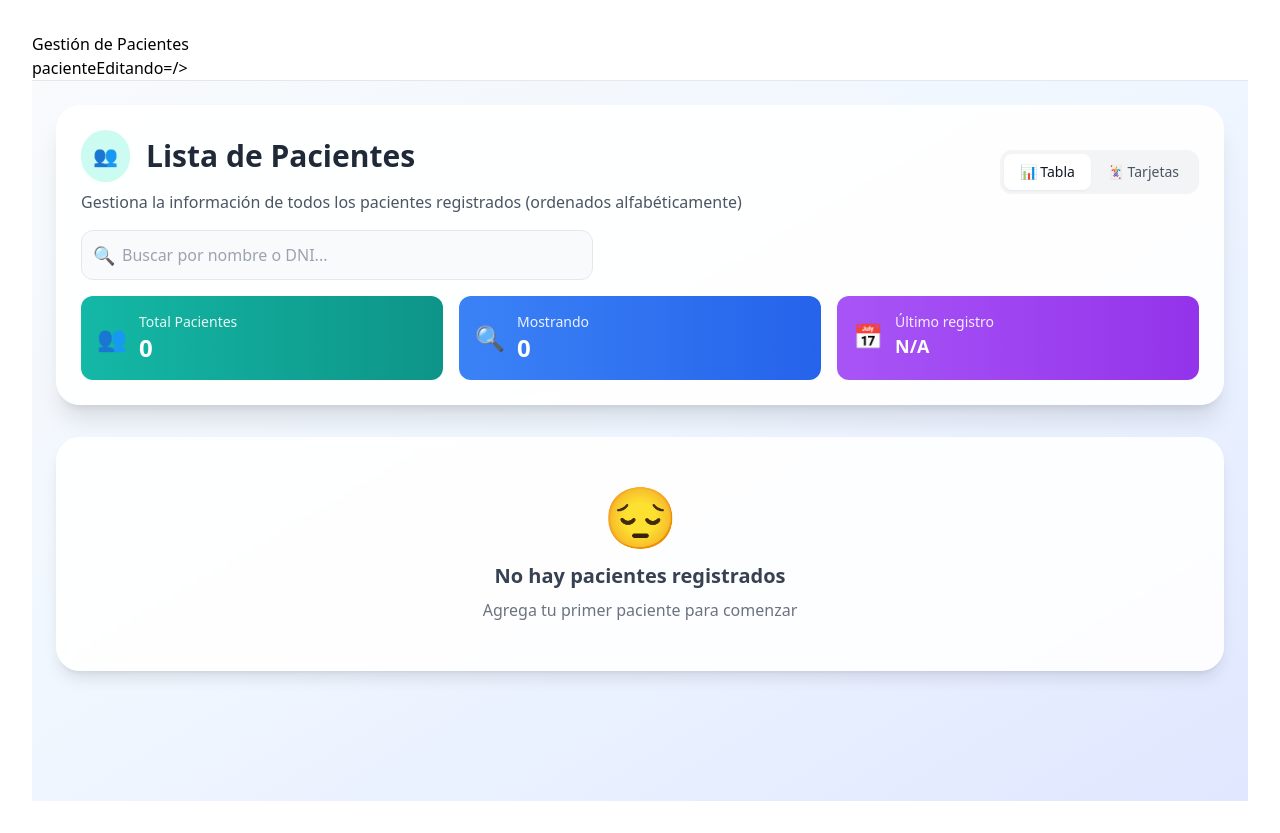
Repository: manucavallera/ConsultorioA
Page: /pacientes (app in frontend/)
An editor plug-in stored every save of this project. The page is shown before and after the next save, followed by the edit.
The browser window is 1280 px wide. The pictures show the whole page.
The page's requests for data from a server got no answer. The project was rebuilt for these pictures with package versions that can differ from the ones it lists, and the page was loaded fresh each time. No one was signed in, and anything a server would have sent is missing. Also part of the build but not shown: frontend/vite.config.js, frontend/src/Home.jsx, frontend/src/components/PacientForm.jsx, frontend/src/components/PatientHistoryForm.jsx, frontend/src/components/RegistroTratamiento.jsx, frontend/src/components/Citas.jsx, frontend/src/components/SolicitudAnalisis.jsx, frontend/src/components/SubirEstudiosAnalisis.jsx and 1 more.

Above is the page before, as saved 2025-08-07 09:15:39.

### frontend/src/App.jsx
import { BrowserRouter as Router, Routes, Route } from "react-router-dom";
import Home from "./Home";
import PacienteForm from "./components/PacientForm";
import PacienteList from "./components/PacientList";
import PatientHistoryForm from "./components/PatientHistoryForm";
import RegistroTratamiento from "./components/RegistroTratamiento";
import CitasDashboard from "./components/Citas";
// ❌ ELIMINAR: import PagosDashboard from "./components/PagosDashboard";
import { useState, useCallback } from "react"; // ← AGREGADO useCallback
import SolicitudesPaciente from "./components/SolicitudAnalisis";
import SubirEstudiosAnalisis from "./components/SubirEstudiosAnalisis";
import FotosAntesDepues from "./components/FotoAntesDespues";

function App() {
  const [pacientes, setPacientes] = useState([]);
  const [pacienteEditando, setPacienteEditando] = useState(null);

  // ✅ FIX: useCallback evita que la función se recree en cada render
  const handlePacienteSubmit = useCallback((paciente, accion) => {
    if (accion === "creado") {
      setPacientes((prev) => [...prev, paciente]);
    } else if (accion === "editado") {
      setPacientes((prev) =>
        prev.map((p) => (p._id === paciente._id ? paciente : p))
      );
      setPacienteEditando(null);
    }
  }, []); // ← Sin dependencias porque usa solo setPacientes

  // ✅ FIX: useCallback para el handler de edición también
  const handleEditPaciente = useCallback((paciente) => {
    setPacienteEditando(paciente);
  }, []);

  return (
    <Router>
      <Routes>
        <Route path='/' element={<Home />} />
        <Route
          path='/pacientes'
          element={
            <div style={{ padding: "2rem" }}>
              <h2>Gestión de Pacientes</h2>
              {handlePacienteSubmit}
              pacienteEditando={pacienteEditando}
              />
              <hr />
              <PacienteList
                pacientes={pacientes}
                setPacientes={setPacientes}
                onEditPaciente={handleEditPaciente} // ✅ FIX: Función estable
              />
            </div>
          }
        />
        <Route path='/historial/:pacienteId' element={<PatientHistoryForm />} />
        <Route
          path='/tratamientos/:pacienteId'
          element={<RegistroTratamiento />}
        />
        <Route
          path='/pacientes/:pacienteId/solicitudes'
          element={<SolicitudesPaciente />}
        />
        <Route
          path='/pacientes/:pacienteId/solicitudes/:solicitudId/estudios'
          element={<SubirEstudiosAnalisis />}
        />

        {/* 🎯 CITAS CON PAGOS INTEGRADOS */}
        <Route
          path='/pacientes/:pacienteId/citas'
          element={<CitasDashboard />}
        />

        {/* 🗑️ ELIMINAR TODAS ESTAS RUTAS DE PAGOS */}
        {/* <Route path='/pagos' element={<PagosDashboard />} /> */}
        {/* <Route path='/pacientes/:pacienteId/pagos' element={<PagosDashboard />} /> */}
        {/* <Route path='/citas/:citaId/pago' element={<PagosDashboard />} /> */}

        {/* RUTA PARA FOTOS ANTES/DESPUÉS */}
        <Route
          path='/pacientes/:pacienteId/fotos'
          element={<FotosAntesDepues />}
        />
      </Routes>
    </Router>
  );
}

export default App;

Loaded but not shown: frontend/index.html (common file); frontend/src/main.jsx (common file); frontend/src/index.css (common file); frontend/tailwind.config.js (common file); frontend/src/components/PacientList.jsx (691 lines, source omitted)

After the next save:
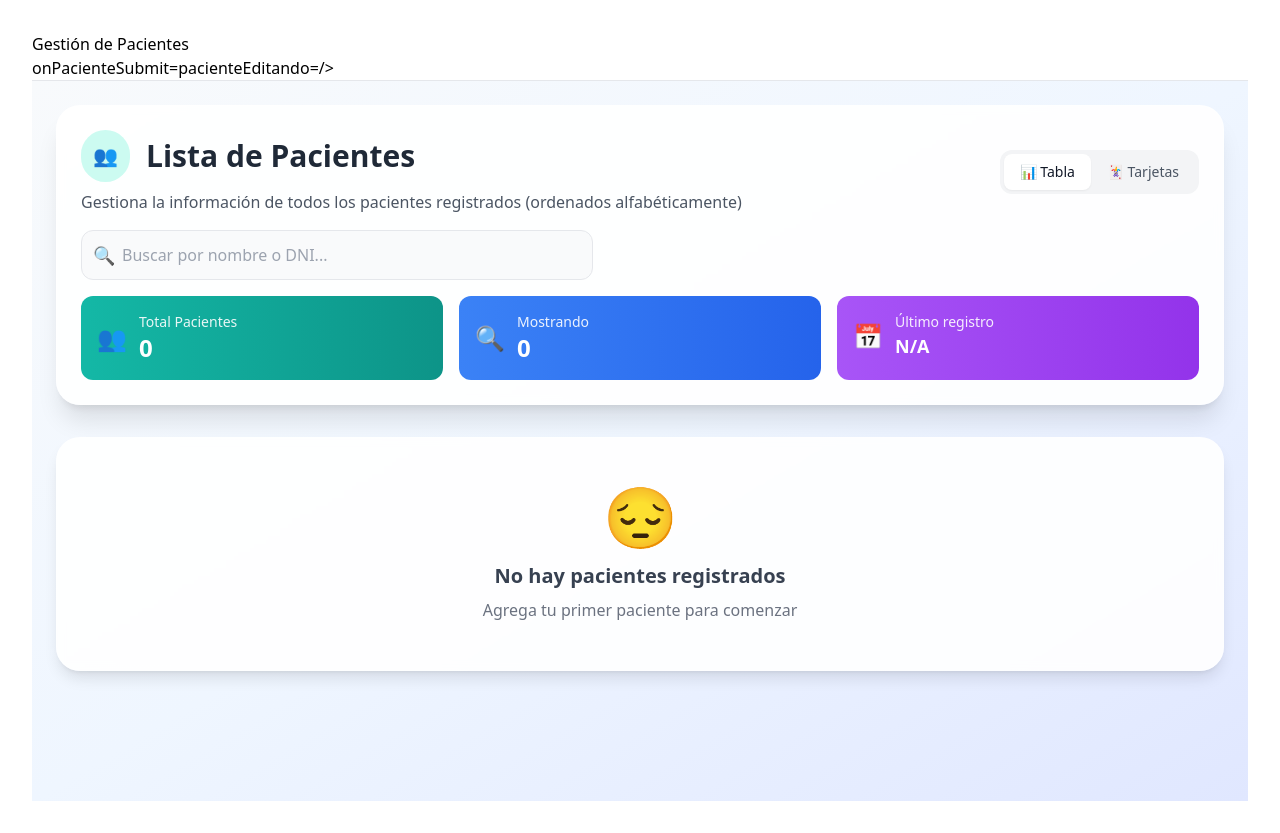
Saved 7 s later.
--- a/frontend/src/App.jsx
+++ b/frontend/src/App.jsx
@@ -41,7 +41,7 @@ function App() {
           element={
             <div style={{ padding: "2rem" }}>
               <h2>Gestión de Pacientes</h2>
-              {handlePacienteSubmit}
+              onPacienteSubmit={handlePacienteSubmit}
               pacienteEditando={pacienteEditando}
               />
               <hr />
